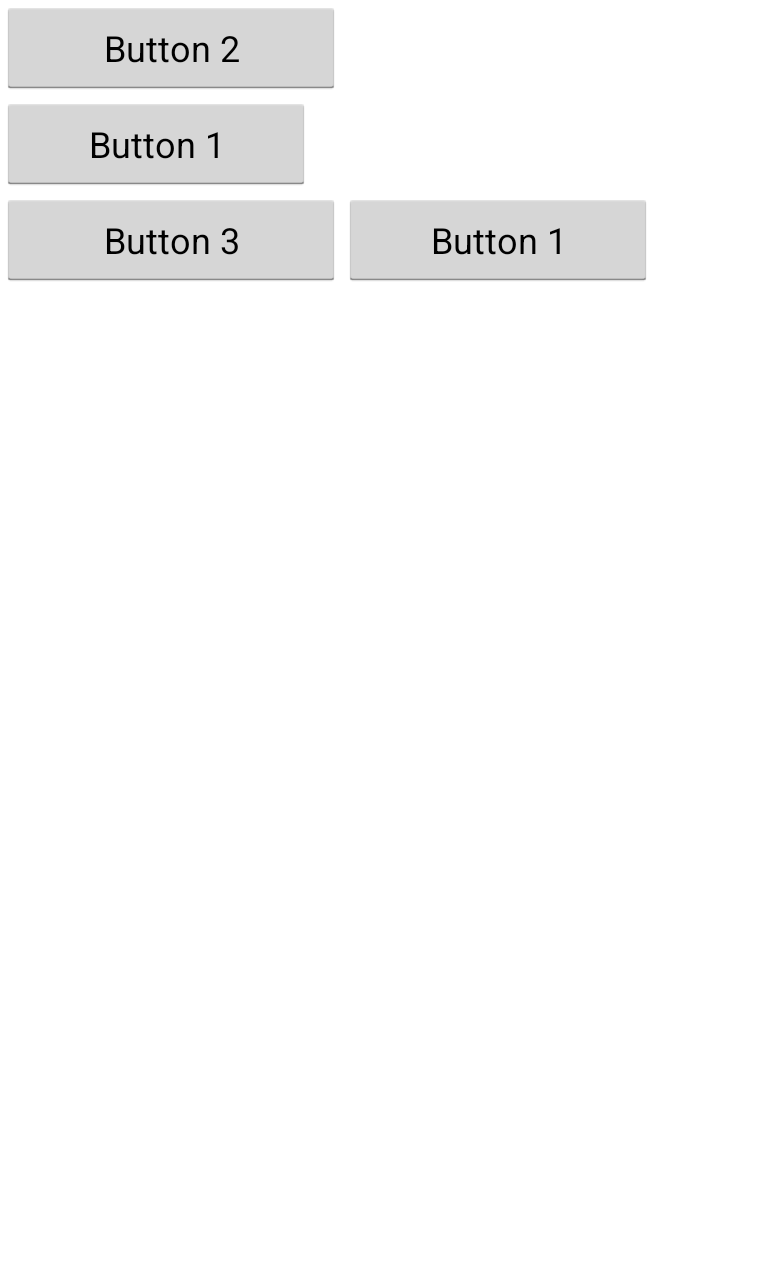
Repository: Lijianhao1995/Android
Layout: ActivityTest/res/layout/first_layout.xml
The author's editor kept a copy of each file at every save. The layout is drawn from the files as they stood at one save, then again after the next save.
It is drawn on a 768 x 1280 px phone screen (xhdpi) without system bars, with theme AppTheme; the app's code is not run.

Above is the layout before, as saved 2015-04-26 08:02:37.

### ActivityTest/res/layout/first_layout.xml
<?xml version="1.0" encoding="utf-8"?>
<LinearLayout xmlns:android="http://schemas.android.com/apk/res/android"
    xmlns:tools="http://schemas.android.com/tools"
    android:layout_width="match_parent"
    android:layout_height="match_parent"
    android:orientation="vertical"
    tools:context=".FirstActivity" >

    <Button
        android:id="@+id/button_2"
        android:layout_width="171dp"
        android:layout_height="wrap_content"
        android:text="Button 2" />

    <Button
        android:id="@+id/button_1"
        android:layout_width="156dp"
        android:layout_height="wrap_content"
        android:text="Button 1" />
    <LinearLayout
    	android:layout_width="match_parent"
    	android:layout_height="match_parent"
    	android:orientation="horizontal"
    	tools:context=".FirstActivity" >

    	<Button
        	android:id="@+id/button_3"
       		android:layout_width="171dp"
        	android:layout_height="wrap_content"
        	android:text="Button 3" />

   		<Button
        	android:id="@+id/button_4"
        	android:layout_width="156dp"
        	android:layout_height="wrap_content"
        	android:text="Button 1" />

	</LinearLayout>


</LinearLayout>

Loaded but not shown: ActivityTest/res/values/styles.xml (common file); ActivityTest/res/values-v11/styles.xml (common file); ActivityTest/res/values-v14/styles.xml (common file)

After the next save:
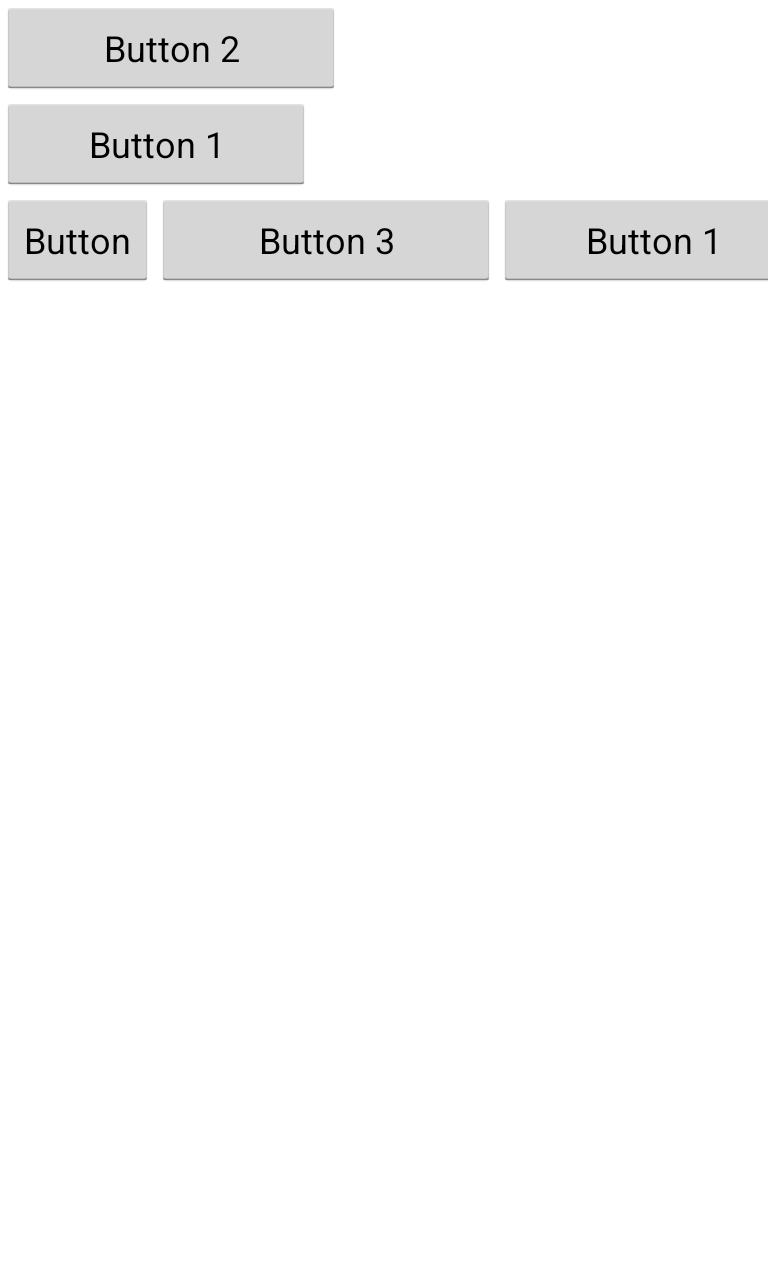
Saved 2 min 26 s later.
--- a/ActivityTest/res/layout/first_layout.xml
+++ b/ActivityTest/res/layout/first_layout.xml
@@ -17,11 +17,20 @@
         android:layout_width="156dp"
         android:layout_height="wrap_content"
         android:text="Button 1" />
+
+
+
     <LinearLayout
     	android:layout_width="match_parent"
     	android:layout_height="match_parent"
     	android:orientation="horizontal"
     	tools:context=".FirstActivity" >
+
+        <Button
+            android:id="@+id/button1"
+            android:layout_width="wrap_content"
+            android:layout_height="wrap_content"
+            android:text="Button" />
 
     	<Button
         	android:id="@+id/button_3"
@@ -36,6 +45,9 @@
         	android:text="Button 1" />
 
 	</LinearLayout>
+	<LinearLayout>
+
+	</LinearLayout>
 
 
 </LinearLayout>
